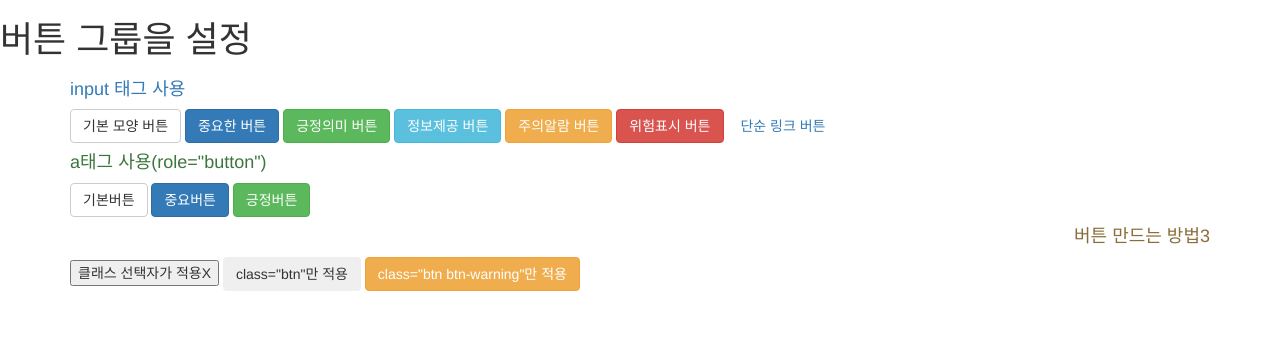
Repository: RYE415/4.jsp
Page: BootstrapTest/src/main/webapp/7.component/3.buttongroup(중첩,정렬).html
The author's editor kept a copy of each file at every save. The page is drawn from the files as they stood at one save, then again after the next save.
The browser window is 1280 px wide. The pictures show the whole page.
Some web libraries are served in a nearby version.

Above is the page before, as saved 2022-08-09 06:28:33.

After the next save:
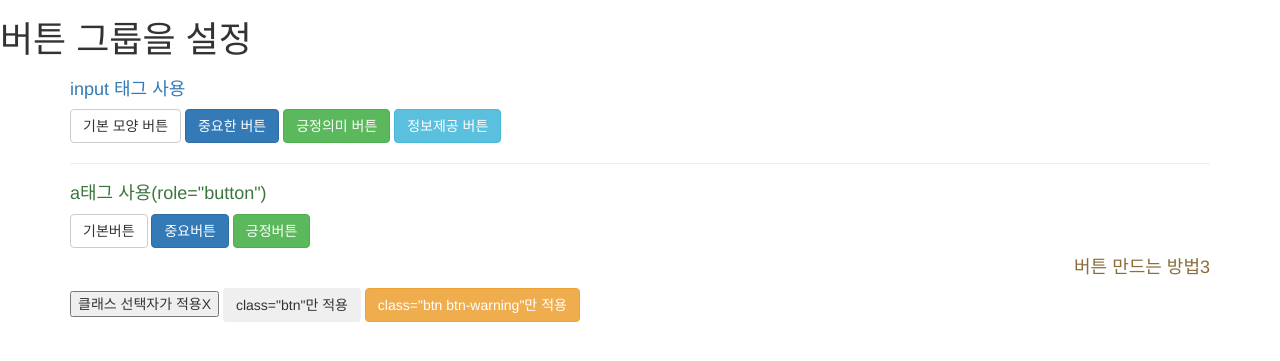
Saved 2 min 14 s later.
--- a/BootstrapTest/src/main/webapp/7.component/3.buttongroup(중첩,정렬).html
+++ b/BootstrapTest/src/main/webapp/7.component/3.buttongroup(중첩,정렬).html
@@ -26,9 +26,14 @@
      	<input type="button" class="btn btn-primary" value="중요한 버튼">
      	<input type="button" class="btn btn-success" value="긍정의미 버튼">
      	<input type="button" class="btn btn-info" value="정보제공 버튼">
-     	<input type="button" class="btn btn-warning" value="주의알람 버튼">
-     	<input type="button" class="btn btn-danger" value="위험표시 버튼">
-     	<input type="button" class="btn btn-link" value="단순 링크 버튼">
+     	<p>
+     	<hr>
+
+
+
+
+
+
 
      	<h4 class="text-success">a태그 사용(role="button")</h4>
      	<a href="#" class="btn btn-default" role="button">기본버튼</a>
